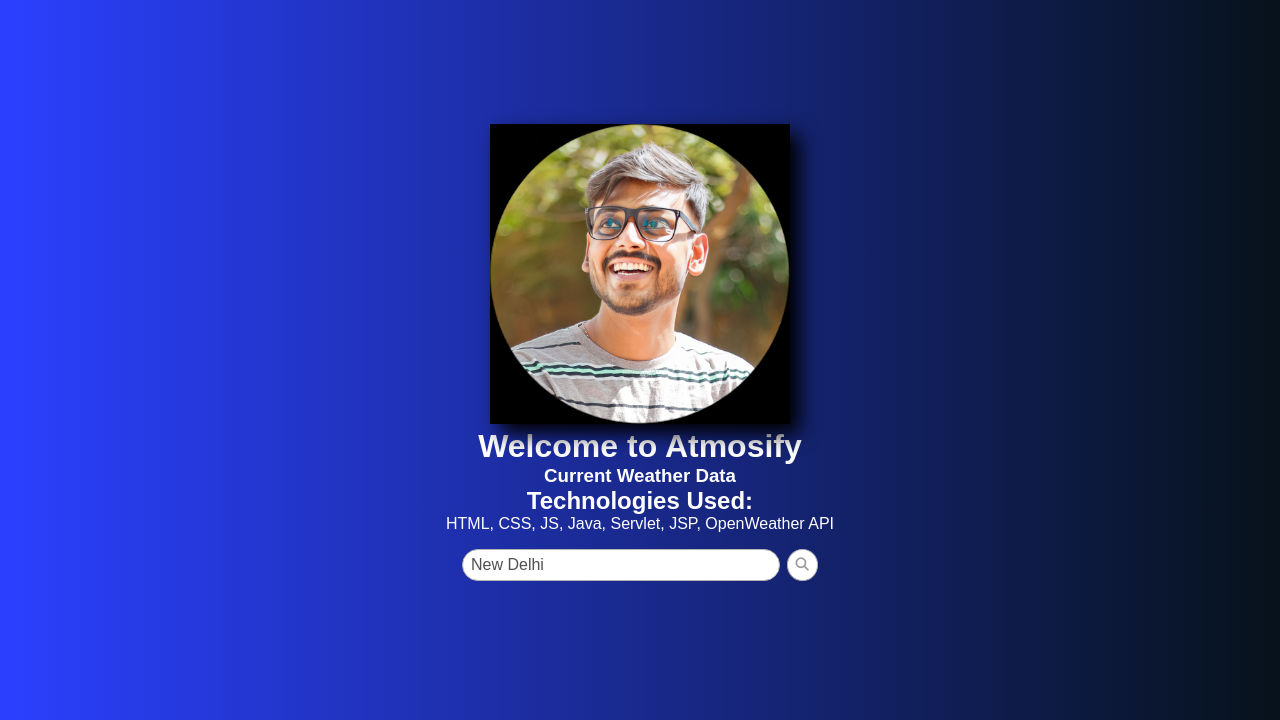
Repository: Kunal062001/Atmosify
Page: http://localhost/Atmosify/
These files come from the project's save history. The page is drawn as it stood at one moment and after the next save; the edit follows.
The browser window is 1280 px wide. The pictures show the whole page.
The page is served by Tomcat 10.

Above is the page before, as saved 2024-02-29 11:50:42.

After the next save:
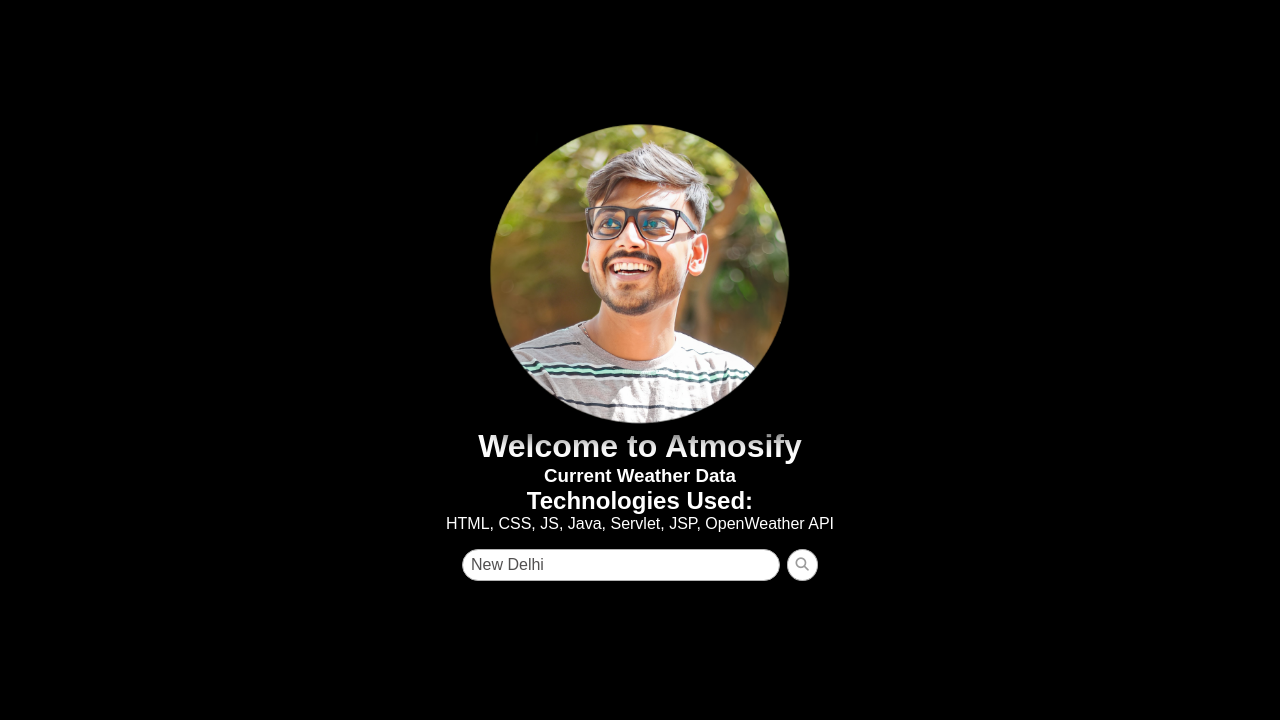
Saved 48 s later.
--- a/Atmosify/src/main/webapp/style.css
+++ b/Atmosify/src/main/webapp/style.css
@@ -145,7 +145,7 @@
   height: 100vh;
   align-items: center;
   justify-content: center;
-  background: linear-gradient(to right,  #2b40ff,#07121a);
+  background: black;
 }
 
 .mainContainer {
